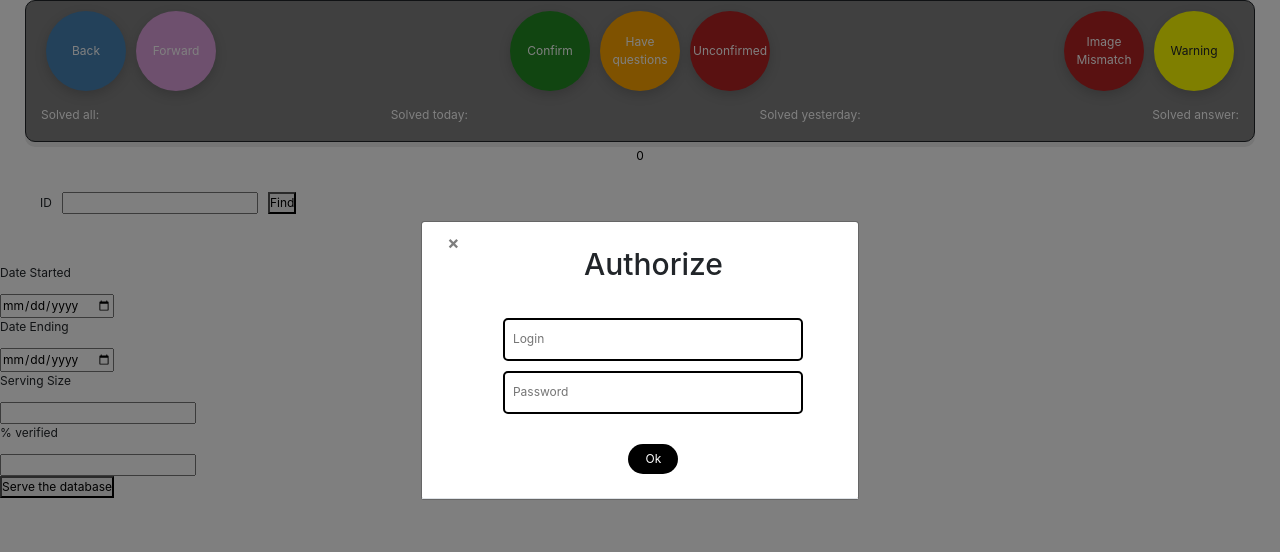
Repository: dmitryglitch/Product-Comparison
Page: /
The author's editor kept a copy of each file at every save. The page is drawn from the files as they stood at one save, then again after the next save.
The browser window is 1280 px wide. The pictures show the whole page.
The page's requests for data from a server got no answer. The project was rebuilt for these pictures with package versions that can differ from the ones it lists, and the page was loaded fresh each time. No one was signed in, and anything a server would have sent is missing. Also part of the build but not shown: src/containers/App.css, src/components/Product/ProductOptions.jsx, src/components/Product/ProductImages.jsx, src/components/Product/ProductSpec.jsx, src/components/Product/Product.jsx.

Above is the page before, as saved 2020-02-17 20:41:40.

### src/index.js
import React from 'react';
import ReactDOM from 'react-dom';
import './index.css';
import App from './containers/App';
import * as serviceWorker from './serviceWorker';
import 'bootstrap/dist/css/bootstrap.min.css';
import $ from 'jquery';
import Popper from 'popper.js';
import 'bootstrap/dist/js/bootstrap.bundle.min';

import {createStore, applyMiddleware} from 'redux'
import {composeWithDevTools} from 'redux-devtools-extension';
import thunk from 'redux-thunk'

import reducer from './reducers'
import {Provider} from 'react-redux'

const store = createStore(reducer, composeWithDevTools(applyMiddleware(thunk)));

const rootElement = document.getElementById('root');
ReactDOM.render(
    <Provider store={store}>
        <App/>
    </Provider>,
    rootElement
);

// If you want your app to work offline and load faster, you can change
// unregister() to register() below. Note this comes with some pitfalls.
// Learn more about service workers: https://bit.ly/CRA-PWA
serviceWorker.unregister();

### src/index.css
html {
  height: 100vh;
  width: 100vw;
  font-size: 12px;
}

*,
body {
  margin: 0;
  padding: 0;
  font-family: -apple-system, BlinkMacSystemFont, "Segoe UI", "Roboto", "Oxygen",
    "Ubuntu", "Cantarell", "Fira Sans", "Droid Sans", "Helvetica Neue",
    sans-serif;
  -webkit-font-smoothing: antialiased;
  -moz-osx-font-smoothing: grayscale;
}

.root {
  display: grid;
  width: 100%;
}

code {
  font-family: source-code-pro, Menlo, Monaco, Consolas, "Courier New",
    monospace;
}

.product-container {
  width: 100%;
  height: 100%;
  display: flex;
  justify-content: center;
  flex-direction: row;
}

.product-container-item {
  width: 50%;
  padding: 20px;
  margin: 25px;

  box-shadow: 0 5px 0 #ebebeb;
  display: flex;
  align-items: center;
  flex-direction: column;

  border: 1px solid;
  border-radius: 10px;
}

.product-container-item-name {
  width: 95%;
  height: fit-content;
  padding: 10px;

  display: flex;
  justify-content: center;
  align-items: center;
  text-align: center;
  flex-direction: column;
  box-shadow: 0 5px 0 #ebebeb;

  background-color: linen;
  border-radius: 10px;
}

/* OPTIONS */
.options-container-head {
  display: flex;
  justify-content: space-between;
  text-align: center;

  margin: 10px;
}

.options-container-head h4 {
  width: 50%;
}

.options-container {
  width: 95%;
  padding: 10px;

  display: flex;
  flex-direction: column;

  margin-top: 25px;
  background-color: aliceblue;
  border-radius: 10px;
  box-shadow: 0 5px 0 #ebebeb;
}

.options-item {
  display: flex;
  margin: 15px;
}

.options-item-name {
  width: 50%;
}

.options-item-value {
  width: 50%;
}

.options-name {
  font-weight: bold;
}

/* SPECS */
.specs-container-head {
  display: flex;
  justify-content: space-between;
  text-align: center;

  padding: 10px;
}

.specs-container-head h4 {
  width: 50%;
}

.specs-container {
  width: 95%;
  padding: 10px;

  display: flex;
  flex-direction: column;
  margin-top: 25px;

  box-shadow: 0 5px 0 #ebebeb;
  border-radius: 10px;
  background-color: lavenderblush;
}

.specs-item {
  display: flex;
  margin: 15px;
}

.specs-item-name {
  width: 50%;
}

.specs-item-value {
  width: 50%;
}

.specs-name {
  font-weight: bold;
}

.specs-notation {
  cursor: pointer;
  margin: 5px;
  text-align: center;
}

.product-container-item-name p {
  font-size: 12px;
}

.image-gallery.image-gallery-using-mouse {
  width: 100%;
}

.image-gallery-slide-wrapper.bottom {
  width: 400px;
  height: fit-content;
}

.image-gallery-content.bottom {
  position: relative;
  line-height: 0;
  top: 0;
  display: flex;
  flex-direction: column;
  align-items: center;
}

.image-gallery-thumbnails-container {
  display: flex;
  flex-wrap: wrap;
}

.image-gallery-thumbnail {
  width: 70px !important;
  height: 70px;
}

.line {
  width: 100%;
  height: 1px;
  background-color: black;
}

.image-gallery-container {
  margin: 25px;
}

.image-gallery.image-gallery-using-mouse {
  display: flex;
  justify-content: center;
  align-items: center;
}

.image-gallery-content.bottom.fullscreen {
  width: 50%;
}

.image-gallery-slide-wrapper.bottom {
  width: 100%;
}

/*BUTTON-BAR*/
.button-bar-content {
  display: flex;
  flex-direction: column;
  justify-content: space-between;
  padding: 5px 15px 5px 15px;
  margin: 0 25px 5px 25px;
  border: 1px solid;
  border-radius: 10px;
  background-color: gray;
  box-shadow: 0 5px 0 #ebebeb;
}

.button-bar-content-top {
  display: flex;
  justify-content: space-between;
}

.button-bar-content-center-bt {
  display: flex;
}

.button-bar-content-center button {
  margin: 5px;
}

.button-bar-info-content {
  text-align: center;
  color: black;
}

.button-bar-content-left button {
  width: 80px;
  height: 80px;
  margin: 5px;
  border-radius: 100px;
  cursor: pointer;
  box-shadow: 0px 4px 12px rgba(0, 0, 0, 0.17);
  border: 0;
  color: #fff;
}

.btn-back {
  background-color: steelblue;
}

.btn-forward {
  background-color: plum;
}

.btn-confirm {
  width: 80px;
  height: 80px;
  border-radius: 100px;
  background-color: forestgreen;
  cursor: pointer;
  box-shadow: 0px 4px 12px rgba(0, 0, 0, 0.17);
  border: 0;
  color: #fff;
}

.btn-questions {
  width: 80px;
  height: 80px;
  border-radius: 100px;
  background-color: orange;
  cursor: pointer;
  box-shadow: 0px 4px 12px rgba(0, 0, 0, 0.17);
  border: 0;
  color: #fff;
}

.btn-unconfirmed {
  width: 80px;
  height: 80px;
  border-radius: 100px;
  background-color: firebrick;
  cursor: pointer;
  box-shadow: 0px 4px 12px rgba(0, 0, 0, 0.17);
  border: 0;
  color: #fff;
}

.btn-warning {
  width: 80px;
  height: 80px;
  border-radius: 100px;
  background-color: yellow !important;
  cursor: pointer;
  box-shadow: 0px 4px 12px rgba(0, 0, 0, 0.17);
  border: 0;
  color: #000;
}

.btn-mismatch {
  width: 80px;
  height: 80px;
  border-radius: 100px;
  background-color: firebrick;
  cursor: pointer;
  box-shadow: 0px 4px 12px rgba(0, 0, 0, 0.17);
  border: 0;
  color: #fff;
}

.button-modal-auth {
  display: none;
}

.button-bar-content-right {
  display: flex;
}

.button-bar-content-right button {
  margin: 5px;
}

/*.button-bar-contaner {*/
/*    width: 100%;*/
/*    position: absolute;*/
/*    bottom: 0;*/
/*}*/

.logout {
  display: flex;
  justify-content: flex-end;
  align-items: center;
  padding: 10px;
}

.modal-body.modal-auth-body {
  text-align: center;
  justify-content: center;
  align-items: center;
  flex-direction: column;
  height: fit-content;
  width: 100%;
}

.auth-button {
  width: 50px;
}

.modal-body-input-form {
  display: flex;
  flex-direction: column;
  padding: 30px;
}

.modal-body-input-form input {
  width: 300px;
}

.modal-body-input-login {
  margin-bottom: 10px;
  border: 2px double;
  border-radius: 5px;
  padding: 10.5px 8px;
}

.modal-body-input-password {
  border: 2px double;
  border-radius: 5px;
  padding: 10.5px 8px;
}

.modal-auth {
  display: flex !important;
  width: 100%;
  height: 100%;
  justify-content: center;
  align-items: center;
}

.modal-auth-dialog {
  width: 500px;
}

.logout-user-name {
  margin-right: 10px;
}

.modal-header .close {
  padding: 5px;
  width: 40px;
  height: 40px;
}

.modal-body-input-form {
  display: flex;
  flex-direction: column;
  padding: 30px;
}

.modal-body-button-form button {
  width: 50px;
  background-color: #000;
  border: 0 solid transparent;
  cursor: pointer !important;
  color: #fff;
  border-radius: 100px;
  outline: none;
  height: 30px;
}

/*STATISTIC*/
.statistic-container {
  display: flex;
  justify-content: space-between;
  align-items: center;
  margin-top: 10px;
  color: #fff;
}

/* SEARCH */
.search-content {
  padding: 5px 15px 5px 15px;
  margin: 0 25px 5px 25px;
}

.search-content input {
  margin: 10px;
}

/* REVIEW */
.review-container {
  display: flex;
  flex-direction: column;
}

.review-content-head {
  display: flex;
  font: 22px;
  justify-content: center;
}

/* INPUTS */

### src/reducers/index.js
import { combineReducers } from 'redux';
import product from './product';
import user from './user'

export default combineReducers({
    product,
    user
})

### src/components/ButtonBar/ButtonBar.jsx
import React from 'react'


const ButtonBar = ({
                       idCurrentCoupleProduct,
                       sendAnswerCoupleProduct,
                       getBackCoupleProducts,
                       getForwardCoupleProducts,
                       dateCoupleProducts,
                       answerUser,
                       statistics
                   }) => {

    const handleClick = (answer) => {
        sendAnswerCoupleProduct(idCurrentCoupleProduct, answer);
    };

    const handleClickOnBackButton = () => {
        getBackCoupleProducts(dateCoupleProducts)
    };

    const handleClickOnForwardButton = () => {
        getForwardCoupleProducts(dateCoupleProducts)
    };

    return (
        <>
            <div className="button-bar-content">
                <div className="button-bar-content-top">
                    <div className="button-bar-content-left">
                        <button className="btn-back" onClick={handleClickOnBackButton}>Back</button>
                        <button className="btn-forward" onClick={handleClickOnForwardButton}>Forward</button>
                    </div>
                    <div className="button-bar-content-center">
                        <div className="button-bar-content-center-bt">
                            <button className="btn-confirm" onClick={() => handleClick('confirm')}>Confirm</button>
                            <button className="btn-questions" onClick={() => handleClick('questions')}>Have questions
                            </button>
                            <button className="btn-unconfirmed" onClick={() => handleClick('unconfirmed')}>Unconfirmed
                            </button>
                        </div>
                    </div>
                    <div className="button-bar-content-right">
                        <button className="btn-mismatch" onClick={() => handleClick('unconfirmed_image')}>Image
                            Mismatch
                        </button>
                        <button className="btn-warning" onClick={() => handleClick('warning')}>Warning</button>
                    </div>
                </div>
                <div className="button-bar-content-down">
                    <div className="statistic-container">
                        <p>Solved all: {statistics.all}</p>
                        <p>Solved today: {statistics.today}</p>
                        <p>Solved yesterday: {statistics.yesterday}</p>
                        <p>Solved answer: {answerUser}</p>

                    </div>
                </div>
            </div>
            <div className="button-bar-info">
                <div className="button-bar-info-content">
                    <p>{idCurrentCoupleProduct}</p>
                </div>
            </div>
        </>
    )
};

export default ButtonBar;

### src/components/ModalAuth/ModalAuth.js
import React from "react";

class ModalAuth extends React.Component {
    state = {
        login: "",
        password: ""
    };

    authUser = () => {
        let {login, password} = this.state;
        this.props.onSendLoginUser(login, password);
    };

    handleChange = e => {
        let classNameInput = e.target.className;
        let valueInput = e.target.value;

        if (classNameInput === "modal-body-input-login") {
            this.setState({login: valueInput});
        } else {
            this.setState({password: valueInput});
        }
    };

    render() {
        return (
            <div
                className="modal fade modal-auth"
                id="modal-auth"
                tabIndex="-1"
                role="dialog"
                aria-labelledby="exampleModalLabel"
                aria-hidden="true"
                data-backdrop="static"
                data-keyboard="false"
            >
                <div className="modal-dialog modal-auth-dialog" role="document">
                    <div className="modal-content">
                        <div className="modal-header">
                            <button
                                type="button"
                                className="close"
                                data-dismiss="modal"
                                aria-label="Close"
                            >
                <span className="span-aria-hidden" aria-hidden="true">
                  &times;
                </span>
                            </button>
                            <div className="modal-body modal-auth-body">
                                <div className="modal-body-header">
                                    <h1>Authorize</h1>
                                </div>
                                <div className="modal-body-input-form">
                                    <input
                                        onChange={this.handleChange}
                                        className="modal-body-input-login"
                                        placeholder="Login"
                                        type="text"
                                    />
                                    <input
                                        onChange={this.handleChange}
                                        className="modal-body-input-password"
                                        placeholder="Password"
                                        type="password"
                                    />
                                </div>
                                <div className="modal-body-button-form">
                                    <button className="auth-button" onClick={this.authUser}>
                                        Ok
                                    </button>
                                </div>
                            </div>
                        </div>
                    </div>
                </div>
            </div>
        );
    }
}

export default ModalAuth;

### src/components/Search/Search.jsx
import React, {Component} from 'react';

class Search extends Component {
    state = {
        id: ''
    };

    handleClick = () => {
        this.props.searchCoupleProducts(this.state.id)
    };

    render() {
        return (
            <>
                <div className="search-content">
                    <span>ID</span>
                    <input onChange={(e) => { this.setState({id: e.target.value}) }} type="text"/>
                    <button onClick={this.handleClick}>Find</button>
                </div>
            </>
        )
    }

}

export default Search;

### src/components/Review/Review.js
import React, { Component } from "react";
import Inputs from "./Inputs";

class Review extends Component {
  render() {
    return (
      <>
        <div className="review-content-head">
          <p>Check</p>
        </div>
        <div className="review-content">
          <div className="review-content-left">
            <Inputs />
            <button>Serve the database</button>
          </div>
          <div className="review-content-right"></div>
        </div>
      </>
    );
  }
}

export default Review;

### src/actions/user.js
export const sendUserLogin = (userName, password) => dispatch => {
    dispatch({type: 'SEND_LOGIN_USER_STARTED'});

    let data = new FormData();
    data.append('userName', userName);
    data.append('password', password);

    fetch(
        'http://match-dev.protarget.pro/backend/isLogined.php', {
            method: "POST",
            credentials: 'same-origin',
            headers: {Accept: "application/json"},
            body: data,
        })
        .then(res => res.json())
        .then(json => {
            console.log(json);
            if (json.result === 'ok') {
                dispatch({type: 'SEND_LOGIN_USER_SUCCESS', payload: json.userName});
                window.location.reload();
            } else {
                // console.log(json.errtext);
                alert(json.errtext)
            }
        })
        .catch(error => dispatch({type: 'SEND_LOGIN_USER_ERROR', payload: error}));
};

export const logOut = (userName, password) => dispatch => {
    dispatch({type: 'LOGOUT_USER_STARTED'});

    let data = new FormData();
    data.append('userName', userName);
    data.append('password', password);

    fetch(
        'http://match-dev.protarget.pro/backend/logOut.php', {
            method: "POST",
            credentials: 'same-origin',
            headers: {Accept: "application/json"},
            body: data,
        })
        .then(res => res.json())
        .then(json => {
            console.log(json);
            if (json.result === 'ok') {
                dispatch({type: 'LOGOUT_USER_SUCCESS', payload: json.userName});
                window.location.reload();
            } else {
                // console.log(json.errtext);
                alert(json.errtext)
            }
        })
        .catch(error => dispatch({type: 'LOGOUT_USER_ERROR', payload: error}));
};

### src/actions/buttonbar.js
import { getCoupleProducts } from "./product";

export const sendAnswerCoupleProduct = (id, answer) => dispatch => {
  dispatch({ type: "SEND_ANSWER_STARTED" });
  console.log("ID", id);
  console.log("ANSWER", answer);

  let data = new FormData();
  data.append("id", id);
  data.append("answer", answer);

  fetch("http://match-dev.protarget.pro/backend/setUserAnswer.php", {
    method: "POST",
    credentials: "same-origin",
    headers: { Accept: "application/json" },
    body: data
  })
    .then(res => res.json())
    .then(json => {
      dispatch({ type: "SEND_ANSWER_SUCCESS", payload: data });
      console.log(json);

      if (json.check === true) {
        dispatch(getCoupleProducts());
      }
    })
    .catch(error => {
      dispatch({ type: "SEND_ANSWER_ERROR", payload: error });
      alert(error);
    });
};

### src/reducers/product.js
const initialState = {
    isFetching: false,
    isError: null,
    id: 0,
    date: null,
    answerUser: null,
    statistics: {},
    id_answer: 0,
    result: null,
    massProducts: null
};

const product = (state = initialState, action) => {
    switch (action.type) {
        case 'GET_COUPLE_PRODUCTS_SUCCESS':
            return {
                ...state,
                isFetching: false,
                isError: null,
                isLogin: true,
                id: action.payload.id,
                date: action.payload.date,
                answerUser: action.payload.answerUser,
                statistics: action.payload.statistics,
                id_answer: action.payload.id_answer,
                result: action.payload.result,
                massProducts: action.payload.massProducts
            };

        case 'GET_BACK_COUPLE_PRODUCTS_SUCCESS':
            return {
                ...state,
                isFetching: false,
                isError: null,
                isLogin: true,
                id: action.payload.id,
                date: action.payload.date,
                answerUser: action.payload.answerUser,
                statistics: action.payload.statistics,
                id_answer: action.payload.id_answer,
                result: action.payload.result,
                massProducts: action.payload.massProducts
            };

        case 'GET_FORWARD_COUPLE_PRODUCTS_SUCCESS':
            return {
                ...state,
                isFetching: false,
                isError: null,
                isLogin: true,
                id: action.payload.id,
                date: action.payload.date,
                answerUser: action.payload.answerUser,
                statistics: action.payload.statistics,
                id_answer: action.payload.id_answer,
                result: action.payload.result,
                massProducts: action.payload.massProducts
            };

        case 'SEARCH_COUPLE_PRODUCTS_SUCCESS':
            return {
                ...state,
                isFetching: false,
                isError: null,
                isLogin: true,
                id: action.payload.id,
                date: action.payload.date,
                answerUser: action.payload.answerUser,
                statistics: action.payload.statistics,
                id_answer: action.payload.id_answer,
                result: action.payload.result,
                massProducts: action.payload.massProducts
            };

        case 'GET_COUPLE_PRODUCTS_STATED':
        case 'GET_BACK_COUPLE_PRODUCTS_STATED':
        case 'GET_FORWARD_COUPLE_PRODUCTS_STATED':
        case 'SEARCH_COUPLE_PRODUCTS_STATED':
            return {
                ...state,
                isFetching: true,
                isError: null
            };

        case 'GET_COUPLE_PRODUCTS_LOGIN_ERROR':
        case 'GET_BACK_COUPLE_PRODUCTS_LOGIN_ERROR':
        case 'GET_FORWARD_COUPLE_PRODUCTS_LOGIN_ERROR':
        case 'SEARCH_PRODUCTS_LOGIN_ERROR':
            return {
                ...state,
                isFetching: true,
                isError: null,
                isLogin: false
            };

        case 'GET_COUPLE_PRODUCTS_ERROR':
        case 'GET_BACK_COUPLE_PRODUCTS_ERROR':
        case 'GET_FORWARD_COUPLE_PRODUCTS_ERROR':
        case 'SEARCH_COUPLE_PRODUCTS_ERROR':
            return {
                ...state,
                isFetching: false,
                isError: action.payload
            };

        default:
            return state;
    }
};

export default product

### src/reducers/user.js
const initialState = {
    userName: '',
    isLogin: false,
    isFetching: true,
    isError: null
};

const user = (state = initialState, action) => {
    switch (action.type) {
        case 'SEND_LOGIN_USER_SUCCESS':
            return {
                ...state,
                userName: action.payload,
                isFetching: false,
                isError: null,
                isLogin: true,
            };

        case 'LOGOUT_USER_SUCCESS':
            return {
                ...state,
                userName: '',
                isFetching: false,
                isError: null,
                isLogin: false,
            };

        case 'SEND_LOGIN_USER_STARTED':
        case 'LOGOUT_USER_STARTED':
            return {
                ...state,
                isFetching: true,
                isError: null
            };

        case 'SEND_LOGIN_USER_ERROR':
        case 'LOGOUT_USER_ERROR':
            return {
                ...state,
                isFetching: false,
                isError: action.payload
            };


        default:
            return state;
    }

};

export default user

### src/components/Review/Inputs.jsx
import React from "react";

const Inputs = () => {
  return (
    <>
      <div className="review-inputs-container">
        <div className="input-started">
            <p>Date Started</p>
            <input type="date"/>
        </div>
        <div className="input-ending">
            <p>Date Ending</p>
            <input type="date"/>
        </div>
        <div className="input-serving-size">
            <p>Serving Size</p>
            <input type="text"/>
        </div>
        <div className="input-percent">
            <p>% verified</p>
            <input type="text"/>
        </div>
      </div>
    </>
  );
};

export default Inputs;

Loaded but not shown: public/index.html (common file); src/serviceWorker.js (common file); src/actions/product.js (158 lines, source omitted); src/containers/App.js (127 lines, source omitted)

After the next save:
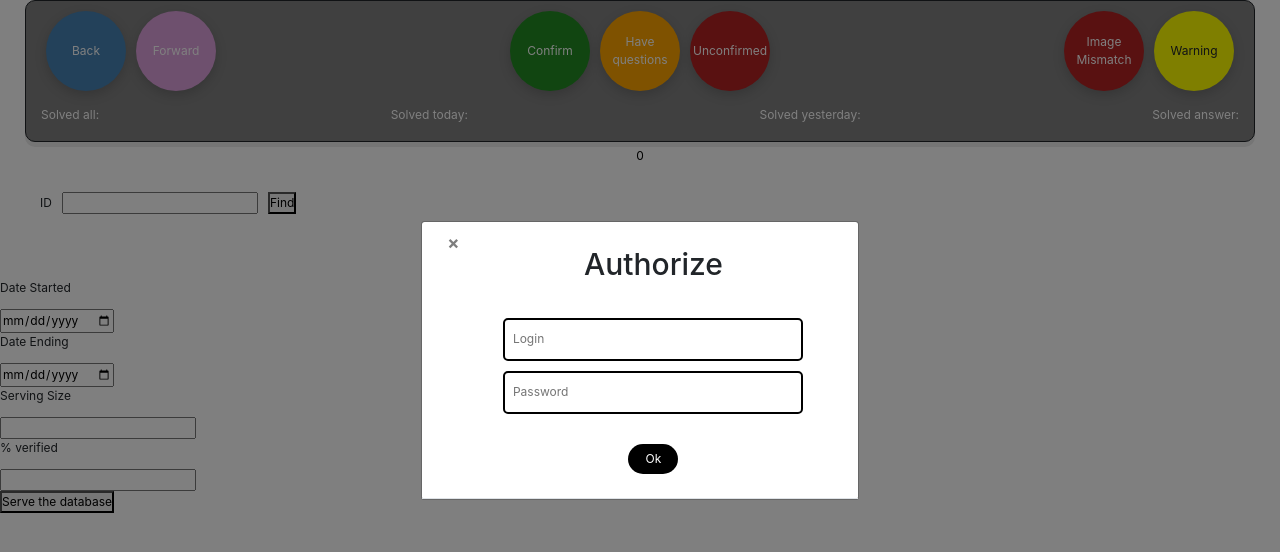
Saved 18 s later.
--- a/src/index.css
+++ b/src/index.css
@@ -443,7 +443,7 @@ code {
 
 .review-content-head {
   display: flex;
-  font: 22px;
+  font-size: 22px;
   justify-content: center;
 }
 
